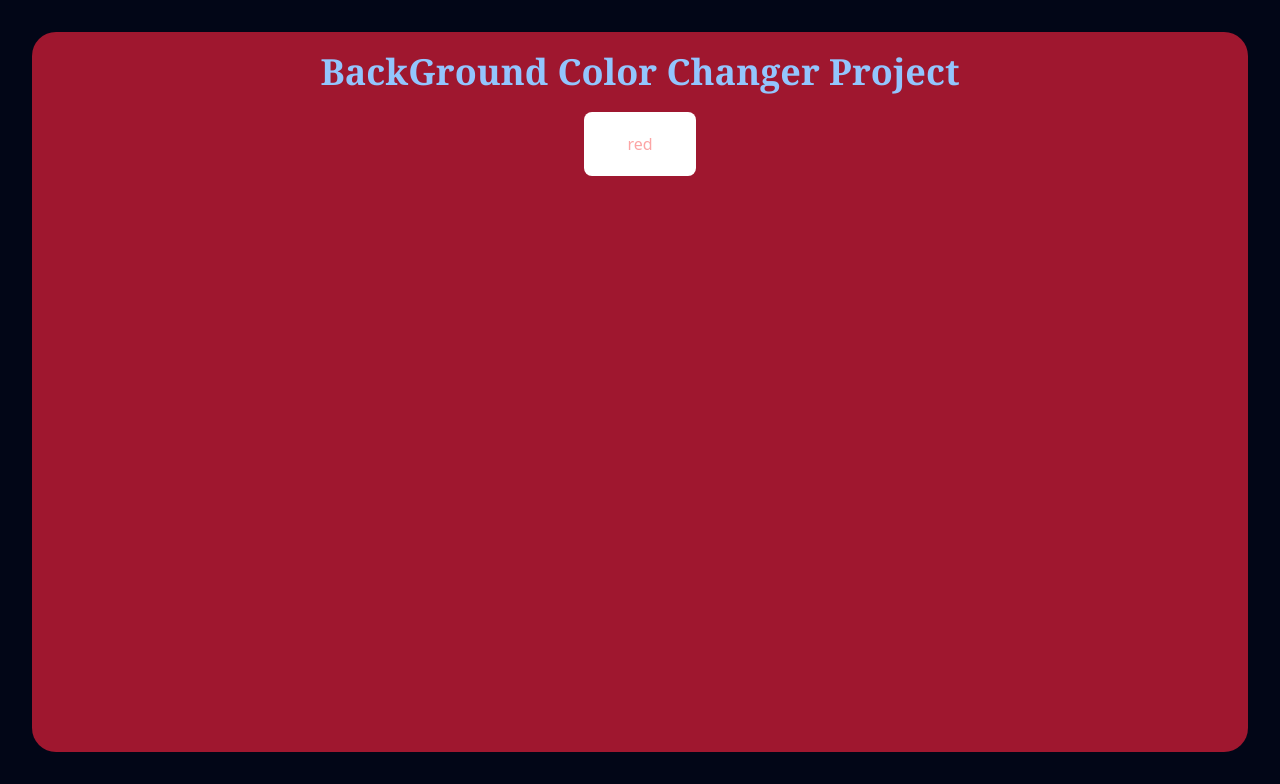
Repository: ChaitanyMishra/react-daily-work
Page: / (app in day-04-react/bg_color_changer/)
An editor plug-in stored every save of this project. The page is shown before and after the next save, followed by the edit.
The browser window is 1280 px wide. The pictures show the whole page.
The project was rebuilt for these pictures with package versions that can differ from the ones it lists, and the page was loaded fresh each time. Also part of the build but not shown: day-04-react/bg_color_changer/vite.config.js.

Above is the page before, as saved 2025-06-20 16:58:12.

After the next save:
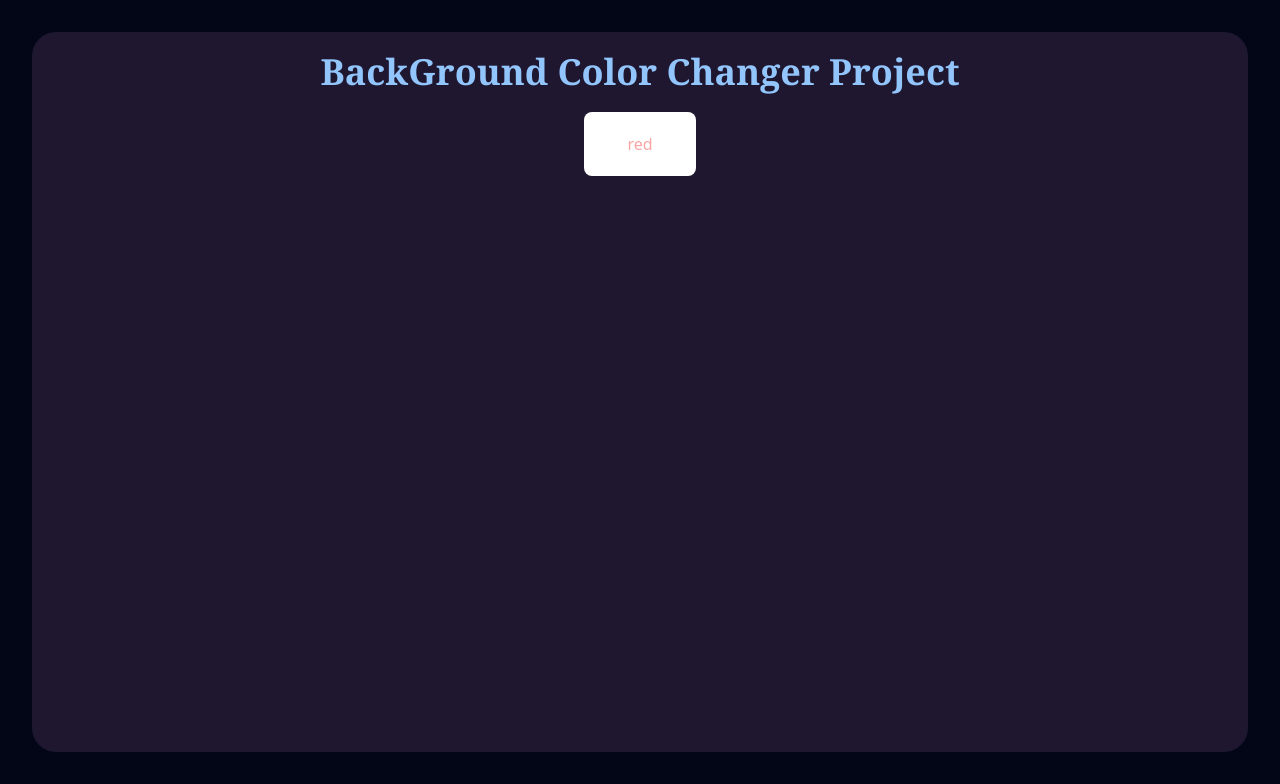
Saved 4 s later.
--- a/day-04-react/bg_color_changer/src/App.jsx
+++ b/day-04-react/bg_color_changer/src/App.jsx
@@ -4,7 +4,7 @@ import  ColorChangeButton from './backGrounColorChanger/buttonComponent'
 import './App.css'
 
 function App() {
-  const [colorState , changeColor] = useState('#9f172f')
+  const [colorState , changeColor] = useState('#1f172f')
 
   return (
     <div className='w-full h-screen rounded-3xl ' style={{backgroundColor: colorState}}>
